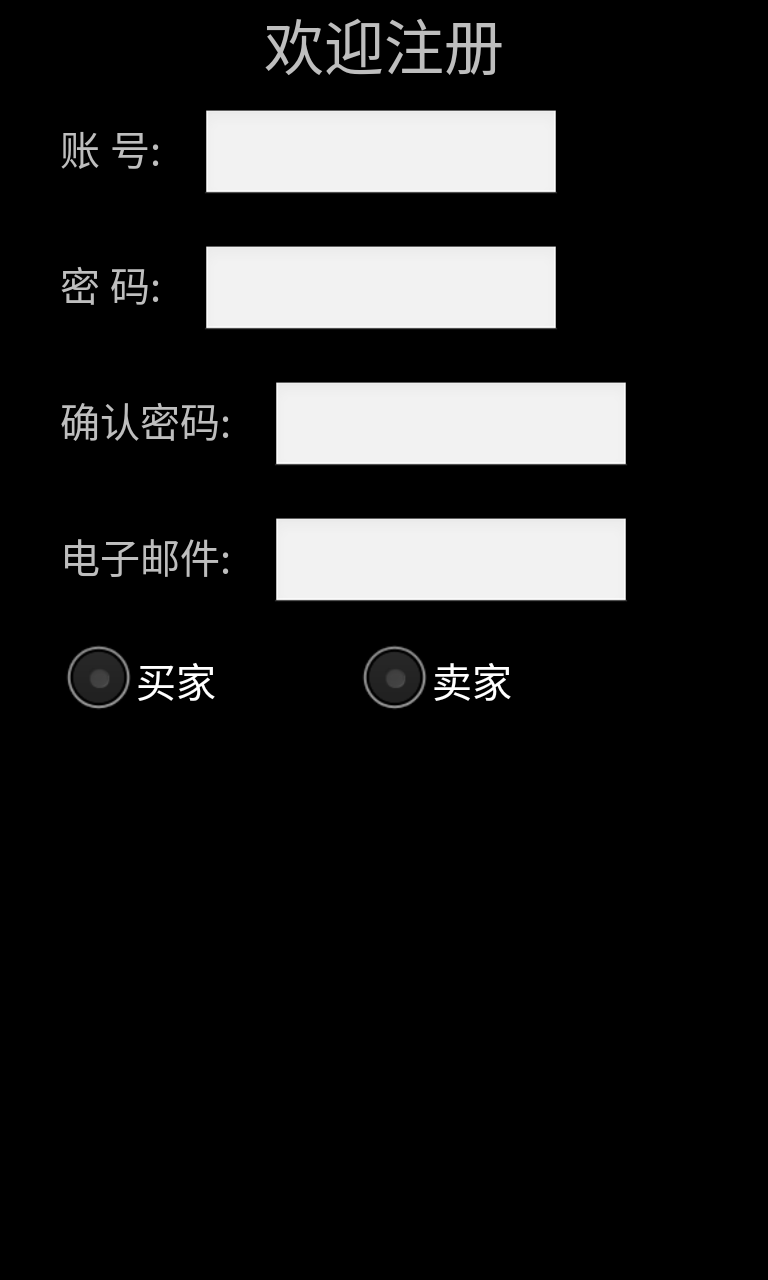
Repository: jcyfkimi/Android-TaoTao
Layout: TaoTao/res/layout/reg.xml
The author's editor kept a copy of each file at every save. The layout is drawn from the files as they stood at one save, then again after the next save.
It is drawn on a 768 x 1280 px phone screen (xhdpi) without system bars, with theme android:Theme; the app's code is not run.

Above is the layout before, as saved 2011-09-13 07:26:06.

### TaoTao/res/layout/reg.xml
<?xml version="1.0" encoding="utf-8"?>
<LinearLayout
  xmlns:android="http://schemas.android.com/apk/res/android"
  android:orientation="vertical"
  android:layout_width="match_parent"
  android:layout_height="match_parent">
    <TextView android:layout_width="wrap_content"
    	android:layout_height="wrap_content"
    	android:layout_gravity="center_horizontal"
    	android:text="@string/regtitle"
    	android:textSize="30dip"/>

	<LinearLayout
		  xmlns:android="http://schemas.android.com/apk/res/android"
		  android:orientation="horizontal"
		  android:layout_width="wrap_content"
		  android:layout_height="wrap_content">
		  <TextView android:layout_width="wrap_content"
		  	android:layout_height="wrap_content"
		  	android:layout_marginLeft="30dip"
		  	android:layout_marginTop="10dip"
		  	android:text="@string/reguname"
		  	android:textSize="20dip"/>
		  <EditText android:id="@+id/regname"
		  	android:layout_width="180dip"
		  	android:layout_height="wrap_content"
		  	android:layout_marginLeft="20dip"
		  	android:layout_marginTop="10dip"/>
	  </LinearLayout>

	  <LinearLayout
		  xmlns:android="http://schemas.android.com/apk/res/android"
		  android:orientation="horizontal"
		  android:layout_width="wrap_content"
		  android:layout_height="wrap_content"
		  android:layout_marginTop="10dip">
		  <TextView android:layout_width="wrap_content"
		  	android:layout_height="wrap_content"
		  	android:layout_marginLeft="30dip"
		  	android:layout_marginTop="10dip"
		  	android:text="@string/regpass"
		  	android:textSize="20dip"/>
		  <EditText android:id="@+id/regpass"
		  	android:layout_width="180dip"
		  	android:layout_height="wrap_content"
		  	android:layout_marginLeft="20dip"
		  	android:layout_marginTop="10dip"/>
	  </LinearLayout>

	  <LinearLayout
		  xmlns:android="http://schemas.android.com/apk/res/android"
		  android:orientation="horizontal"
		  android:layout_width="wrap_content"
		  android:layout_height="wrap_content"
		  android:layout_marginTop="10dip">
		  <TextView android:layout_width="wrap_content"
		  	android:layout_height="wrap_content"
		  	android:layout_marginLeft="30dip"
		  	android:layout_marginTop="10dip"
		  	android:text="@string/regpasscfm"
		  	android:textSize="20dip"/>
		  <EditText android:id="@+id/regpasscfm"
		  	android:layout_width="180dip"
		  	android:layout_height="wrap_content"
		  	android:layout_marginLeft="20dip"
		  	android:layout_marginTop="10dip"/>
	  </LinearLayout>

	   <LinearLayout
		  xmlns:android="http://schemas.android.com/apk/res/android"
		  android:orientation="horizontal"
		  android:layout_width="wrap_content"
		  android:layout_height="wrap_content"
		  android:layout_marginTop="10dip">
		  <TextView android:layout_width="wrap_content"
		  	android:layout_height="wrap_content"
		  	android:layout_marginLeft="30dip"
		  	android:layout_marginTop="10dip"
		  	android:text="@string/regemail"
		  	android:textSize="20dip"/>
		  <EditText android:id="@+id/regemail"
		  	android:layout_width="180dip"
		  	android:layout_height="wrap_content"
		  	android:layout_marginLeft="20dip"
		  	android:layout_marginTop="10dip"/>
	  </LinearLayout>

	  <LinearLayout
		  xmlns:android="http://schemas.android.com/apk/res/android"
		  android:orientation="horizontal"
		  android:layout_width="wrap_content"
		  android:layout_height="wrap_content"
		  android:layout_marginTop="10dip">
		  <RadioGroup android:id="@+id/rdogtype"
		  	android:layout_width="fill_parent"
		  	android:layout_height="wrap_content"
		  	android:layout_marginLeft="30dip"
		  	android:orientation="horizontal"
		  	>
		  		<RadioButton android:id="@+id/utype"
		  			android:layout_width="wrap_content"
		  			android:layout_height="wrap_content"
		  			android:text="@string/rdobuyer"
		  			android:textSize="20dip"/>
		  		<RadioButton android:id="@+id/utype"
		  			android:layout_width="wrap_content"
		  			android:layout_height="wrap_content"
		  			android:layout_marginLeft="70dip"
		  			android:text="@string/rdosailer"
		  			android:textSize="20dip"/>
		  	</RadioGroup>
	  </LinearLayout>

	  <LinearLayout
		  xmlns:android="http://schemas.android.com/apk/res/android"
		  android:orientation="horizontal"
		  android:layout_width="wrap_content"
		  android:layout_height="wrap_content"
		  android:layout_marginTop="10dip">

	  </LinearLayout>
</LinearLayout>

### TaoTao/res/values/strings.xml
<?xml version="1.0" encoding="utf-8"?>
<resources>
    <string name="app_name">TaoTao</string>
    <string name="logintext">账号:</string>
    <string name="passtext">密码:</string>
    <string name="forgetpass">忘记密码?</string>
    <string name="btnlogin">登录</string>
    <string name="btnreg">注册</string>
    <string name="regtitle">欢迎注册</string>
    <string name="reguname">账        号:</string>
    <string name="regpass">密        码:</string>
    <string name="regpasscfm">确认密码:</string>
    <string name="regemail">电子邮件:</string>
    <string name="rdobuyer">买家</string>
    <string name="rdosailer">卖家</string>
    <string name="indexhead">淘淘购物</string>
</resources>

After the next save:
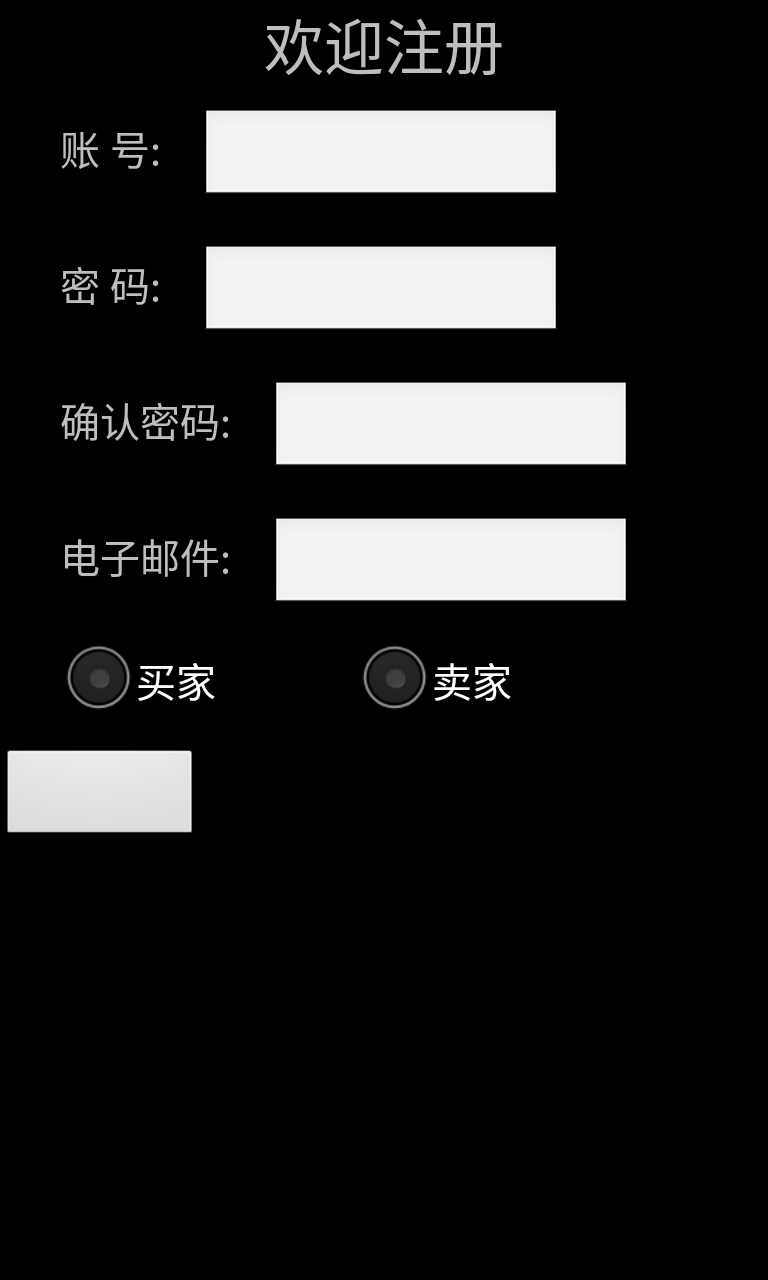
Saved 50 s later.
--- a/TaoTao/res/layout/reg.xml
+++ b/TaoTao/res/layout/reg.xml
@@ -117,6 +117,8 @@
 		  android:layout_width="wrap_content"
 		  android:layout_height="wrap_content"
 		  android:layout_marginTop="10dip">
-
+		  <Button android:id="@+id/btnreg"
+		  	android:layout_width="100dip"
+	    	android:layout_height="wrap_content"/>
 	  </LinearLayout>
 </LinearLayout>
